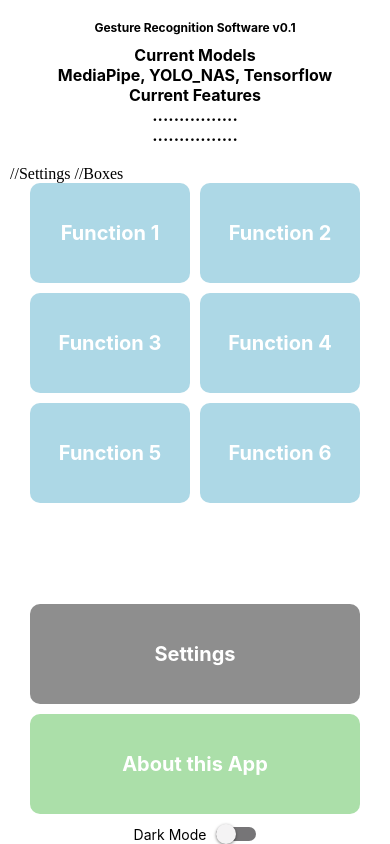
Repository: hajin-park/V-QUIP
Page: / (app in frontend/react-native-app/)
An editor plug-in stored every save of this project. The page is shown before and after the next save, followed by the edit.
The browser window is 390 px wide. The pictures show the whole page.
The app was drawn by React Native's web renderer in a window 390 px wide. The project was rebuilt for these pictures with package versions that can differ from the ones it lists, and the page was loaded fresh each time.

Above is the page before, as saved 2024-04-08 00:16:46.

After the next save:
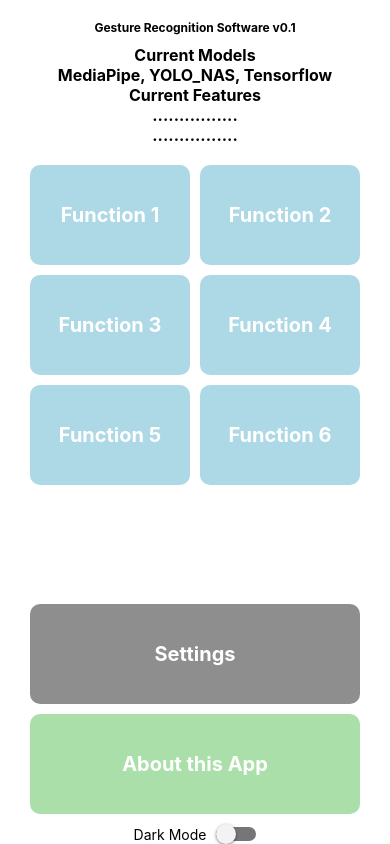
Saved 14 s later.
--- a/frontend/react-native-app/App.js
+++ b/frontend/react-native-app/App.js
@@ -20,9 +20,6 @@ export default function App() {
         <Text style={[styles.infoText, darkMode && styles.darkText]}>................</Text>
         <Text style={[styles.infoText, darkMode && styles.darkText]}>................</Text>
       </View>
-      //Settings
-
-      //Boxes
       <View style={styles.content}>
         <View style={styles.row}>
           <TouchableOpacity style={[styles.box, darkMode && styles.darkBox]} onPress={() => handleOptionClick(1)}>
@@ -59,7 +56,7 @@ export default function App() {
           <TouchableOpacity style={[styles.box3, darkMode && styles.darkBox]} onPress={() => handleOptionClick(6)}>
             <Text style={[styles.text, darkMode && styles.darkText]}>About this App</Text>
           </TouchableOpacity>
-      </View>
+        </View>
       <View style={styles.darkModeSwitchContainer}>
         <Text style={[styles.darkModeText, darkMode && styles.darkText]}>Dark Mode</Text>
         <Switch
